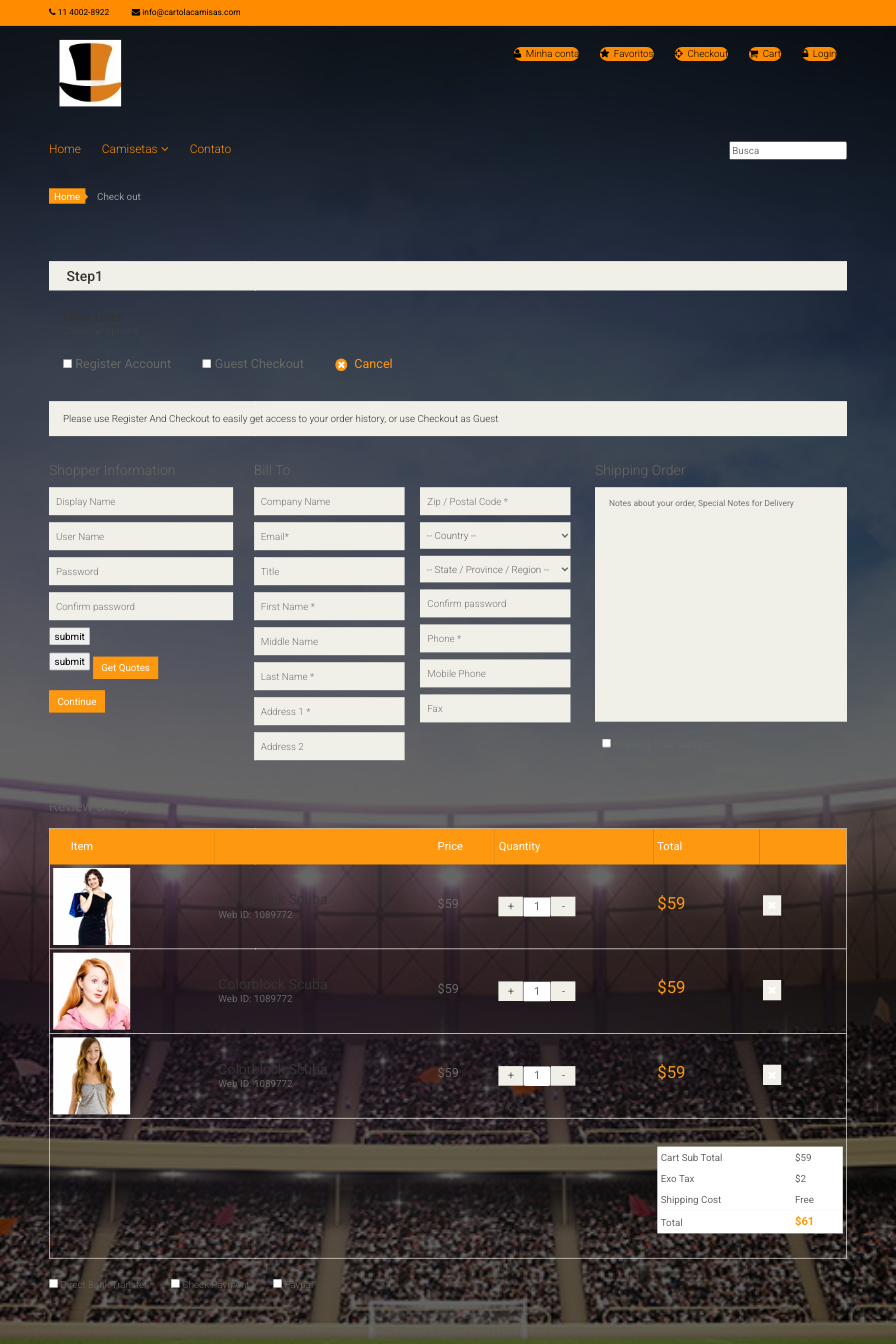
Repository: matheus-bms/camisetaPI
Page: http://localhost/checkout
An editor plug-in stored every save of this project. The page is shown before and after a run of saves, followed by the edit.
The browser window is 1280 px wide. The pictures show the part of the page from y = 0 to 1920 px (the page is 2568 px tall), at 70% of full size.
Some web fonts or font styles are not loaded; a fallback is used. The page is served by the project's Node server (app.js). Other server files are loaded and not shown.

Above is the page before, as saved 2022-04-26 22:57:15.

### views/checkout.ejs
<%- include('./partials/head'); %>

<body>
	<%- include('./partials/header'); %>

	<section id="cart_items">
		<div class="container">
			<div class="breadcrumbs">
				<ol class="breadcrumb">
				  <li><a href="#">Home</a></li>
				  <li class="active">Check out</li>
				</ol>
			</div><!--/breadcrums-->

			<div class="step-one">
				<h2 class="heading">Step1</h2>
			</div>
			<div class="checkout-options">
				<h3>New User</h3>
				<p>Checkout options</p>
				<ul class="nav">
					<li>
						<label><input type="checkbox"> Register Account</label>
					</li>
					<li>
						<label><input type="checkbox"> Guest Checkout</label>
					</li>
					<li>
						<a href=""><i class="fa fa-times"></i>Cancel</a>
					</li>
				</ul>
			</div><!--/checkout-options-->

			<div class="register-req">
				<p>Please use Register And Checkout to easily get access to your order history, or use Checkout as Guest</p>
			</div><!--/register-req-->

			<div class="shopper-informations">
				<div class="row">
					<div class="col-sm-3">
						<div class="shopper-info">
							<p>Shopper Information</p>
							<form action="/checkout">

								<input type="text" placeholder="Display Name">
								<input type="text" placeholder="User Name">
								<input type="password" placeholder="Password">
								<input type="password" placeholder="Confirm password">
								<button type="submit">submit</button>
							</form>
							<button type="submit">submit</button>
							<a class="btn btn-primary" href="">Get Quotes</a>
							<a class="btn btn-primary" href="">Continue</a>
						</div>
					</div>
					<div class="col-sm-5 clearfix">
						<div class="bill-to">
							<p>Bill To</p>
							<div class="form-one">
								<form>
									<input type="text" placeholder="Company Name">
									<input type="text" placeholder="Email*">
									<input type="text" placeholder="Title">
									<input type="text" placeholder="First Name *">
									<input type="text" placeholder="Middle Name">
									<input type="text" placeholder="Last Name *">
									<input type="text" placeholder="Address 1 *">
									<input type="text" placeholder="Address 2">
								</form>
							</div>
							<div class="form-two">
								<form>
									<input type="text" placeholder="Zip / Postal Code *">
									<select>
										<option>-- Country --</option>
										<option>United States</option>
										<option>Bangladesh</option>
										<option>UK</option>
										<option>India</option>
										<option>Pakistan</option>
										<option>Ucrane</option>
										<option>Canada</option>
										<option>Dubai</option>
									</select>
									<select>
										<option>-- State / Province / Region --</option>
										<option>United States</option>
										<option>Bangladesh</option>
										<option>UK</option>
										<option>India</option>
										<option>Pakistan</option>
										<option>Ucrane</option>
										<option>Canada</option>
										<option>Dubai</option>
									</select>
									<input type="password" placeholder="Confirm password">
									<input type="text" placeholder="Phone *">
									<input type="text" placeholder="Mobile Phone">
									<input type="text" placeholder="Fax">
								</form>
							</div>
						</div>
					</div>
					<div class="col-sm-4">
						<div class="order-message">
							<p>Shipping Order</p>
							<textarea name="message"  placeholder="Notes about your order, Special Notes for Delivery" rows="16"></textarea>
							<label><input type="checkbox"> Shipping to bill address</label>
						</div>
					</div>
				</div>
			</div>
			<div class="review-payment">
				<h2>Review & Payment</h2>
			</div>

			<div class="table-responsive cart_info">
				<table class="table table-condensed">
					<thead>
						<tr class="cart_menu">
							<td class="image">Item</td>
							<td class="description"></td>
							<td class="price">Price</td>
							<td class="quantity">Quantity</td>
							<td class="total">Total</td>
							<td></td>
						</tr>
					</thead>
					<tbody>
						<tr>
							<td class="cart_product">
								<a href=""><img src="images/cart/one.png" alt=""></a>
							</td>
							<td class="cart_description">
								<h4><a href="">Colorblock Scuba</a></h4>
								<p>Web ID: 1089772</p>
							</td>
							<td class="cart_price">
								<p>$59</p>
							</td>
							<td class="cart_quantity">
								<div class="cart_quantity_button">
									<a class="cart_quantity_up" href=""> + </a>
									<input class="cart_quantity_input" type="text" name="quantity" value="1" autocomplete="off" size="2">
									<a class="cart_quantity_down" href=""> - </a>
								</div>
							</td>
							<td class="cart_total">
								<p class="cart_total_price">$59</p>
							</td>
							<td class="cart_delete">
								<a class="cart_quantity_delete" href=""><i class="fa fa-times"></i></a>
							</td>
						</tr>

						<tr>
							<td class="cart_product">
								<a href=""><img src="images/cart/two.png" alt=""></a>
							</td>
							<td class="cart_description">
								<h4><a href="">Colorblock Scuba</a></h4>
								<p>Web ID: 1089772</p>
							</td>
							<td class="cart_price">
								<p>$59</p>
							</td>
							<td class="cart_quantity">
								<div class="cart_quantity_button">
									<a class="cart_quantity_up" href=""> + </a>
									<input class="cart_quantity_input" type="text" name="quantity" value="1" autocomplete="off" size="2">
									<a class="cart_quantity_down" href=""> - </a>
								</div>
							</td>
							<td class="cart_total">
								<p class="cart_total_price">$59</p>
							</td>
							<td class="cart_delete">
								<a class="cart_quantity_delete" href=""><i class="fa fa-times"></i></a>
							</td>
						</tr>
						<tr>
							<td class="cart_product">
								<a href=""><img src="images/cart/three.png" alt=""></a>
							</td>
							<td class="cart_description">
								<h4><a href="">Colorblock Scuba</a></h4>
								<p>Web ID: 1089772</p>
							</td>
							<td class="cart_price">
								<p>$59</p>
							</td>
							<td class="cart_quantity">
								<div class="cart_quantity_button">
									<a class="cart_quantity_up" href=""> + </a>
									<input class="cart_quantity_input" type="text" name="quantity" value="1" autocomplete="off" size="2">
									<a class="cart_quantity_down" href=""> - </a>
								</div>
							</td>
							<td class="cart_total">
								<p class="cart_total_price">$59</p>
							</td>
							<td class="cart_delete">
								<a class="cart_quantity_delete" href=""><i class="fa fa-times"></i></a>
							</td>
						</tr>
						<tr>
							<td colspan="4">&nbsp;</td>
							<td colspan="2">
								<table class="table table-condensed total-result">
									<tr>
										<td>Cart Sub Total</td>
										<td>$59</td>
									</tr>
									<tr>
										<td>Exo Tax</td>
										<td>$2</td>
									</tr>
									<tr class="shipping-cost">
										<td>Shipping Cost</td>
										<td>Free</td>
									</tr>
									<tr>
										<td>Total</td>
										<td><span>$61</span></td>
									</tr>
								</table>
							</td>
						</tr>
					</tbody>
				</table>
			</div>
			<div class="payment-options">
					<span>
						<label><input type="checkbox"> Direct Bank Transfer</label>
					</span>
					<span>
						<label><input type="checkbox"> Check Payment</label>
					</span>
					<span>
						<label><input type="checkbox"> Paypal</label>
					</span>
				</div>
		</div>
	</section> <!--/#cart_items-->



	<%- include('./partials/footer'); %>
	<%- include('./partials/scripts'); %>
</body>
</html>

### views/partials/head.ejs
<!DOCTYPE html>
<html lang="en">
<head>
    <meta charset="utf-8">
    <meta name="viewport" content="width=device-width, initial-scale=1.0">
    <meta name="description" content="">
    <meta name="author" content="">
    <title>Shop | Cartola Camisas</title>
    <link href=" stylesheets/bootstrap.min.css" rel="stylesheet">
    <link href=" stylesheets/font-awesome.min.css" rel="stylesheet">
    <link href=" stylesheets/prettyPhoto.css" rel="stylesheet">
    <link href=" stylesheets/price-range.css" rel="stylesheet">
    <link href=" stylesheets/animate.css" rel="stylesheet">
	<link href=" stylesheets/main.css" rel="stylesheet">
	<link href=" stylesheets/responsive.css" rel="stylesheet">
    <!--[if lt IE 9]>
    <script src="js/html5shiv.js"></script>
    <script src="js/respond.min.js"></script>
    <![endif]-->
    <link rel="shortcut icon" href="/images/ico/favicon.ico">
    <link rel="apple-touch-icon-precomposed" sizes="144x144" href="/images/ico/apple-touch-icon-144-precomposed.png">
    <link rel="apple-touch-icon-precomposed" sizes="114x114" href="/images/ico/apple-touch-icon-114-precomposed.png">
    <link rel="apple-touch-icon-precomposed" sizes="72x72" href="/images/ico/apple-touch-icon-72-precomposed.png">
    <link rel="apple-touch-icon-precomposed" href="/images/ico/apple-touch-icon-57-precomposed.png">
</head><!--/head-->

### views/partials/header.ejs
<header id="header"><!--header-->
    <div class="header_top"><!--header_top-->
        <div class="container">
            <div class="row">
                <div class="col-sm-6">
                    <div class="contactinfo">
                        <ul class="nav nav-pills">
                            <li><a href="#"><i class="fa fa-phone"></i> 11 4002-8922</a></li>
                            <li><a href="#"><i class="fa fa-envelope"></i> info@cartolacamisas.com</a></li>
                        </ul>
                    </div>
                </div>
                <div class="col-sm-6">
                    <div class="social-icons pull-right"><!--
                        <ul class="nav navbar-nav">
                            <li><a href="#"><i class="fa fa-facebook"></i></a></li>
                            <li><a href="#"><i class="fa fa-twitter"></i></a></li>
                            <li><a href="#"><i class="fa fa-linkedin"></i></a></li>
                            <li><a href="#"><i class="fa fa-dribbble"></i></a></li>
                            <li><a href="#"><i class="fa fa-google-plus"></i></a></li>
                        </ul> </!---->
                    </div>
                </div>
            </div>
        </div>
    </div><!--/header_top-->

    <div class="header-middle"><!--header-middle-->
        <div class="container">
            <div class="row">
                <div class="col-md-4 clearfix">
                    <div class="logo pull-left">
                        <a href="home"><img src="images/home/chapeuLogo.jpeg" alt="" /></a>
                    </div>
                    <!-- <div class="btn-group pull-right clearfix">
                        <div class="btn-group">
                            <button type="button" class="btn btn-default dropdown-toggle usa" data-toggle="dropdown">
                                USA
                                <span class="caret"></span>
                            </button>
                            <ul class="dropdown-menu">
                                <li><a href="">Canada</a></li>
                                <li><a href="">UK</a></li>
                            </ul>
                        </div>

                        <div class="btn-group">
                            <button type="button" class="btn btn-default dropdown-toggle usa" data-toggle="dropdown">
                                DOLLAR
                                <span class="caret"></span>
                            </button>
                            <ul class="dropdown-menu">
                                <li><a href="">Canadian Dollar</a></li>
                                <li><a href="">Pound</a></li>
                            </ul>
                        </div>
                    </div> -->
                </div>
                <div class="col-md-8 clearfix">
                    <div class="shop-menu clearfix pull-right">
                        <ul class="nav navbar-nav">
                            <li><a href=""><i class="fa fa-user"></i> Minha conta</a></li>
                            <li><a href=""><i class="fa fa-star"></i> Favoritos</a></li>
                            <li><a href="checkout"><i class="fa fa-crosshairs"></i> Checkout</a></li>
                            <li><a href="cart"><i class="fa fa-shopping-cart"></i> Cart</a></li>
                            <li><a href="login"><i class="fa fa-lock"></i> Login</a></li>
                        </ul>
                    </div>
                </div>
            </div>
        </div>
    </div><!--/header-middle-->

    <div class="header-bottom"><!--header-bottom-->
        <div class="container">
            <div class="row">
                <div class="col-sm-9">
                    <div class="navbar-header">
                        <button type="button" class="navbar-toggle" data-toggle="collapse" data-target=".navbar-collapse">
                            <span class="sr-only">Toggle navigation</span>
                            <span class="icon-bar"></span>
                            <span class="icon-bar"></span>
                            <span class="icon-bar"></span>
                        </button>
                    </div>
                    <div class="mainmenu pull-left">
                        <ul class="nav navbar-nav collapse navbar-collapse">
                            <li><a href="home" class="active">Home</a></li>
                            <li class="dropdown"><a href="#">Camisetas<i class="fa fa-angle-down"></i></a>
                                <ul role="menu" class="sub-menu">
                                    <li><a href="shop">Masculinas</a></li>
                                    <li><a href="product-details">Femininas</a></li>
                                    <li><a href="checkout">Promoções</a></li>
                                    <li><a href="carrinho">Carrinho</a></li>
                                    <li><a href="login">Login</a></li>
                                </ul>
                            </li>
                            <!-- <li class="dropdown"><a href="#">Blog<i class="fa fa-angle-down"></i></a>
                                <ul role="menu" class="sub-menu">
                                    <li><a href="blog">Blog List</a></li>
                                    <li><a href="blog-single">Blog Single</a></li>
                                </ul>
                            </li>
                            <li><a href="404">404</a></li> -->
                            <li><a href="contato">Contato</a></li>
                        </ul>
                    </div>
                </div>
                <div class="col-sm-3">
                    <div class="search_box pull-right">
                        <input type="text" placeholder="Busca"/>
                    </div>
                </div>
            </div>
        </div>
    </div><!--/header-bottom-->
</header><!--/header-->

### views/partials/scripts.ejs
<script src="/javascripts/jquery.js"></script>
<script src="/javascripts/price-range.js"></script>
<script src="/javascripts/jquery.scrollUp.min.js"></script>
<script src="/javascripts/bootstrap.min.js"></script>
<script src="/javascripts/jquery.prettyPhoto.js"></script>
<script src="/javascripts/main.js"></script>

### public/stylesheets/price-range.css
/*!
 * Slider for Bootstrap
 *
 * Copyright 2012 Stefan Petre
 * Licensed under the Apache License v2.0
 * http://www.apache.org/licenses/LICENSE-2.0
 *
 */
.slider {
  display: inline-block;
  vertical-align: middle;
  position: relative;
}
.slider.slider-horizontal {
  width: 210px;
  height: 20px;
}
.slider.slider-horizontal .slider-track {
  height: 15px;
  left: 0;
  margin-top: -5px;
  top: 50%;
  width: 100%;
}
.slider.slider-horizontal .slider-selection {
  height: 100%;
  top: 0;
  bottom: 0;
}
.slider.slider-horizontal .slider-handle {
  margin-left: -12px;
  margin-top: 2px;
}

.left-round{
  margin-left:2px !important;
}

.slider.slider-horizontal .slider-handle.triangle {
  border-width: 0 10px 10px 10px;
  width: 0;
  height: 0;
  border-bottom-color: #0480be;
  margin-top: 0;
}
.slider.slider-vertical {
  height: 210px;
  width: 20px;
}
.slider.slider-vertical .slider-track {
  width: 10px;
  height: 100%;
  margin-left: -5px;
  left: 50%;
  top: 0;
}
.slider.slider-vertical .slider-selection {
  width: 100%;
  left: 0;
  top: 0;
  bottom: 0;
}
.slider.slider-vertical .slider-handle {
  margin-left: -5px;
  margin-top: -10px;
}
.slider.slider-vertical .slider-handle.triangle {
  border-width: 10px 0 10px 10px;
  width: 1px;
  height: 1px;
  border-left-color: #0480be;
  margin-left: 0;
}
.slider input {
  display: none;
}
.slider .tooltip-inner {
  white-space: nowrap;
}
.slider-track {
  position: absolute;
  cursor: pointer;
  background-color: #f7f7f7;
  background-image: -moz-linear-gradient(top, #f5f5f5, #f9f9f9);
  background-image: -webkit-gradient(linear, 0 0, 0 100%, from(#f5f5f5), to(#f9f9f9));
  background-image: -webkit-linear-gradient(top, #f5f5f5, #f9f9f9);
  background-image: -o-linear-gradient(top, #f5f5f5, #f9f9f9);
  background-image: linear-gradient(to bottom, #f5f5f5, #f9f9f9);
  background-repeat: repeat-x;
  filter: progid:DXImageTransform.Microsoft.gradient(startColorstr='#fff5f5f5', endColorstr='#fff9f9f9', GradientType=0);
  -webkit-box-shadow: inset 0 1px 2px rgba(0, 0, 0, 0.1);
  -moz-box-shadow: inset 0 1px 2px rgba(0, 0, 0, 0.1);
  box-shadow: inset 0 1px 2px rgba(0, 0, 0, 0.1);
  -webkit-border-radius: 15px;
  -moz-border-radius: 15px;
  border-radius: 15px;
}

.slider-selection {
  -moz-box-sizing: border-box;
  background: none repeat scroll 0 0 #FE980F;
  border-radius: 15px;
  box-shadow: 0 -1px 0 rgba(0, 0, 0, 0.15) inset;
  position: absolute;
}

.slider-handle {
  background: #fff;
  box-shadow:none;
  height: 10px;
  opacity: 1;
  position: absolute;
  width: 10px;
}

.slider-handle.round {
  -webkit-border-radius: 20px;
  -moz-border-radius: 20px;
  border-radius: 20px;
}
.slider-handle.triangle {
  background: transparent none;
}

Loaded but not shown: public/stylesheets/bootstrap.min.css (library); public/stylesheets/font-awesome.min.css (library); public/stylesheets/animate.css (library); public/javascripts/jquery.js (library); public/javascripts/jquery.scrollUp.min.js (common file); public/javascripts/bootstrap.min.js (library); public/javascripts/jquery.prettyPhoto.js (library); public/javascripts/price-range.js (388 lines, source omitted); public/javascripts/main.js (32 lines, source omitted); controller/UserController.js (50 lines, source omitted); app.js (41 lines, source omitted); public/stylesheets/main.css (2456 lines, source omitted); public/stylesheets/prettyPhoto.css (170 lines, source omitted); public/stylesheets/responsive.css (481 lines, source omitted); views/partials/footer.ejs (153 lines, source omitted)

After the next 2 saves:
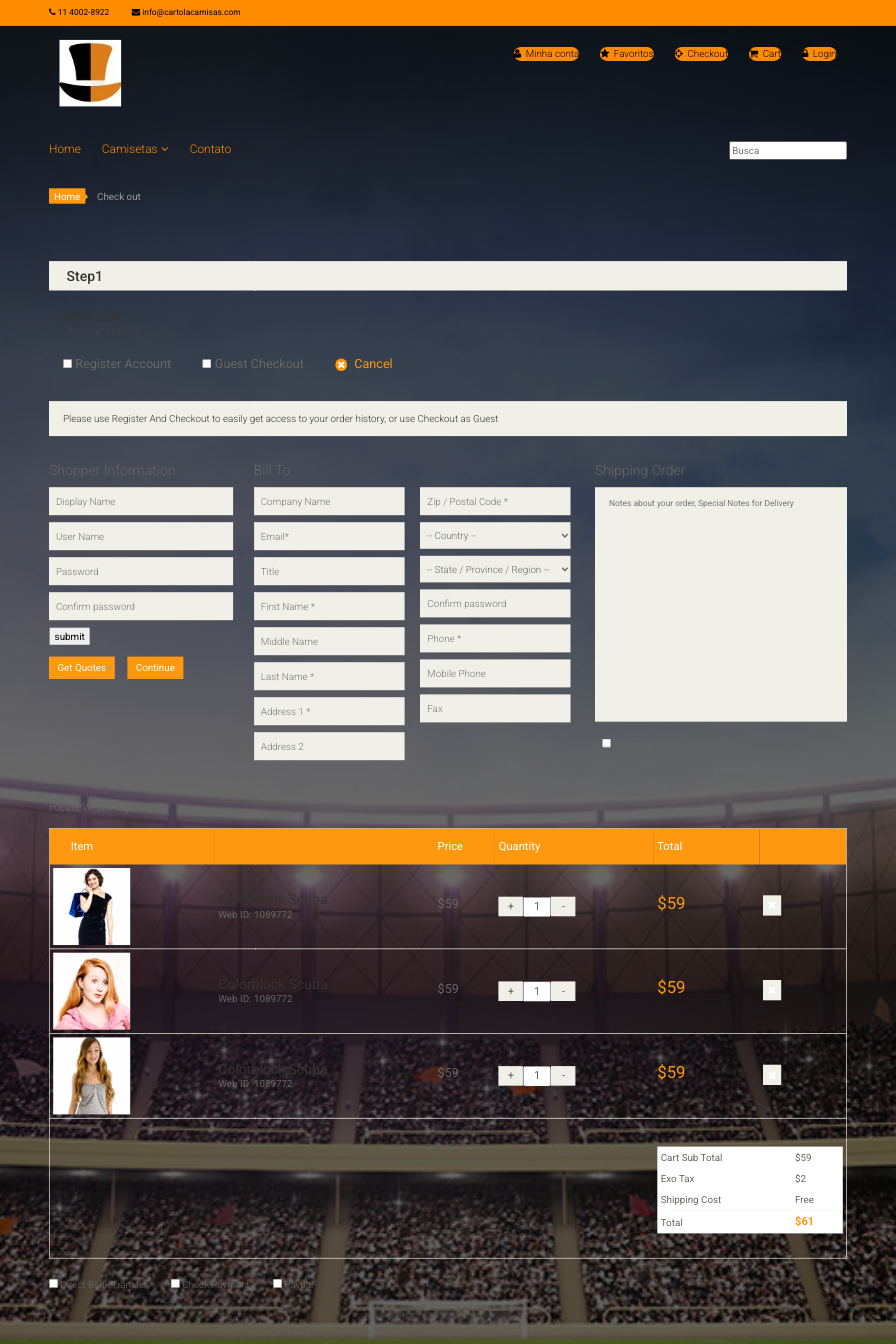
The 2 saves are shown as one change because they came seconds apart.
The last was saved 7 s later.
--- a/views/checkout.ejs
+++ b/views/checkout.ejs
@@ -48,7 +48,6 @@
 								<input type="password" placeholder="Confirm password">
 								<button type="submit">submit</button>
 							</form>
-							<button type="submit">submit</button>
 							<a class="btn btn-primary" href="">Get Quotes</a>
 							<a class="btn btn-primary" href="">Continue</a>
 						</div>
